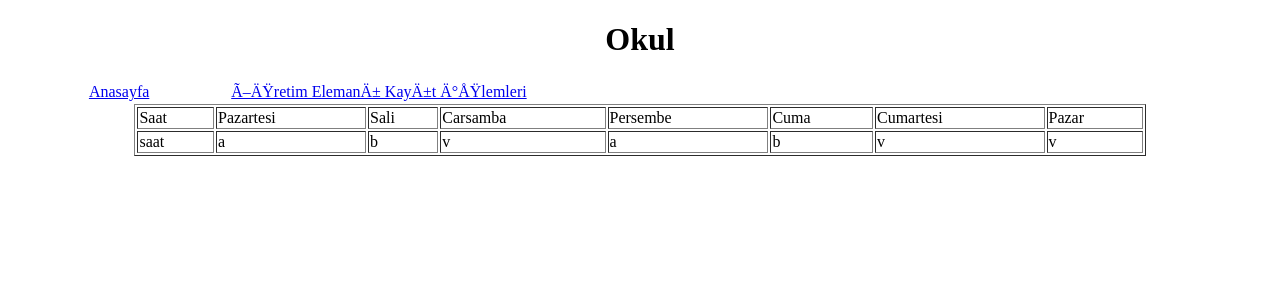
Repository: Egemen-ve-Burakhan-internet-final/final
Page: http://localhost/ogretim/
An editor plug-in stored every save of this project. The page is shown before and after the next save, followed by the edit.
The browser window is 1280 px wide. The pictures show the whole page.
The page is served by Tomcat 9.

Above is the page before, as saved 2020-05-25 14:06:12.

After the next save:
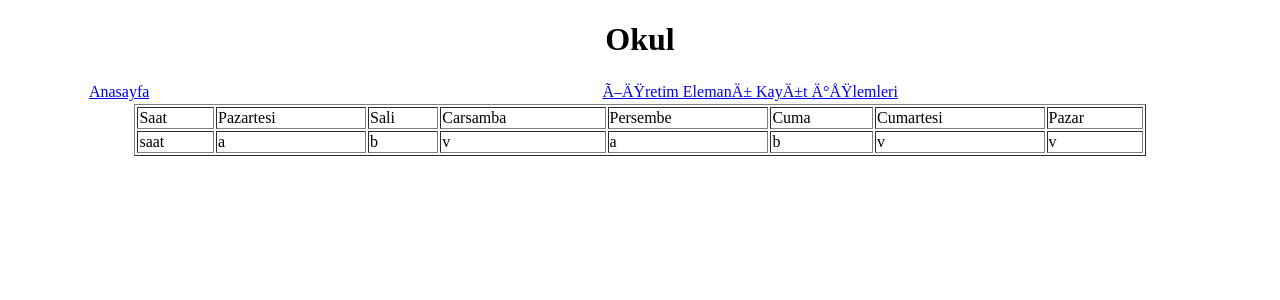
Saved 11 s later.
--- a/okul/ogretim/WebContent/index.jsp
+++ b/okul/ogretim/WebContent/index.jsp
@@ -16,7 +16,7 @@
 			<table width="100%" align= center>
 				<tr>
 					<td style="text-align:center"><a href="#">Anasayfa</a></td>
-					<td><a href="#">Öğretim Elemanı Kayıt İşlemleri</a></td>
+					<td style="text-align:center"><a href="#">Öğretim Elemanı Kayıt İşlemleri</a></td>
 				</tr>
 			</table>
 		</div>
